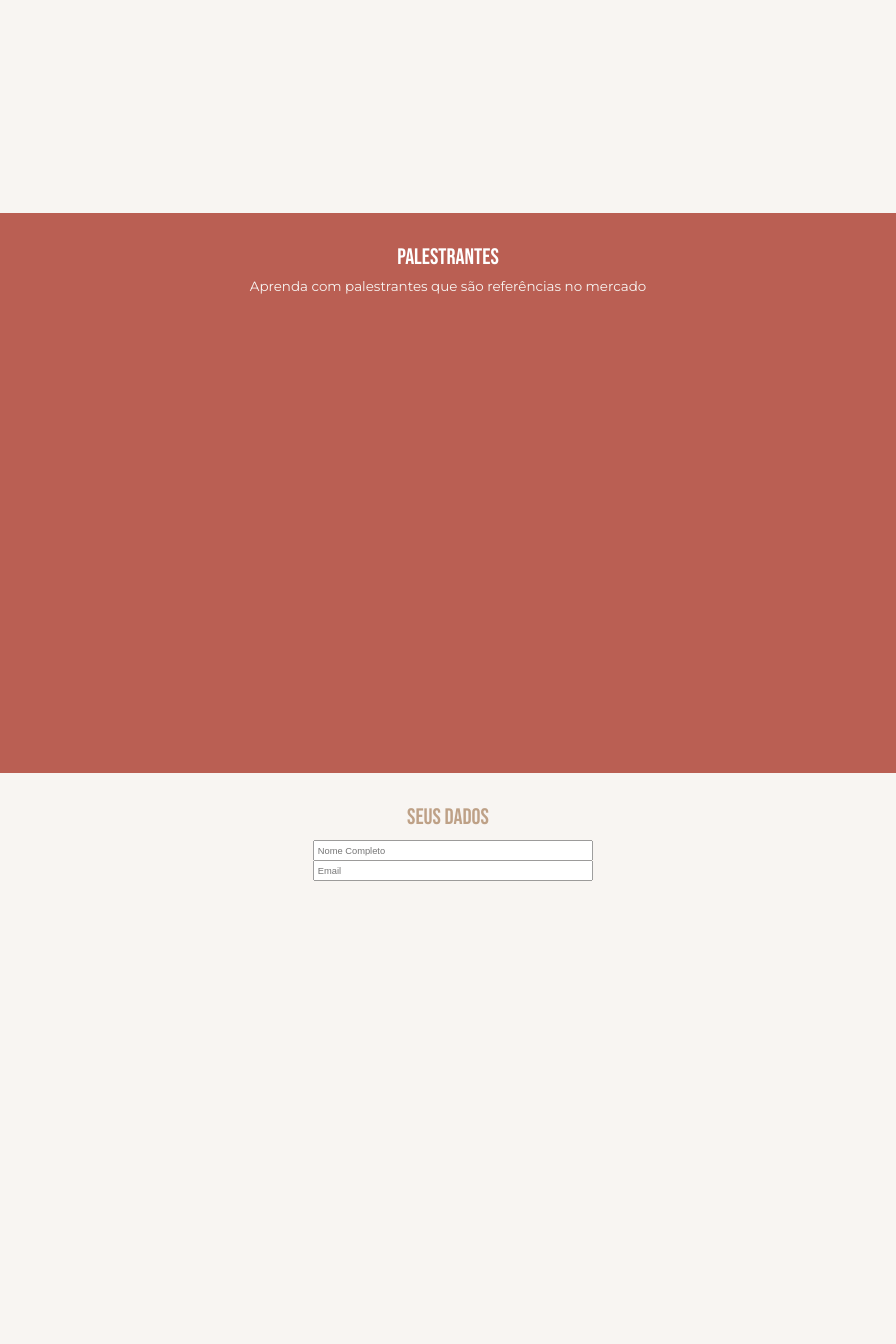
Repository: tomoliveira1/aluraconf
Page: index.html
These files come from the project's save history. The page is drawn as it stood at one moment and after the next save; the edit follows.
The browser window is 1280 px wide. The pictures show the part of the page from y = 1216 to 3136 px (the page is 3136 px tall before and 3072 px after), at 70% of full size.

Above is the page before, as saved 2021-10-12 18:56:44.

After the next save:
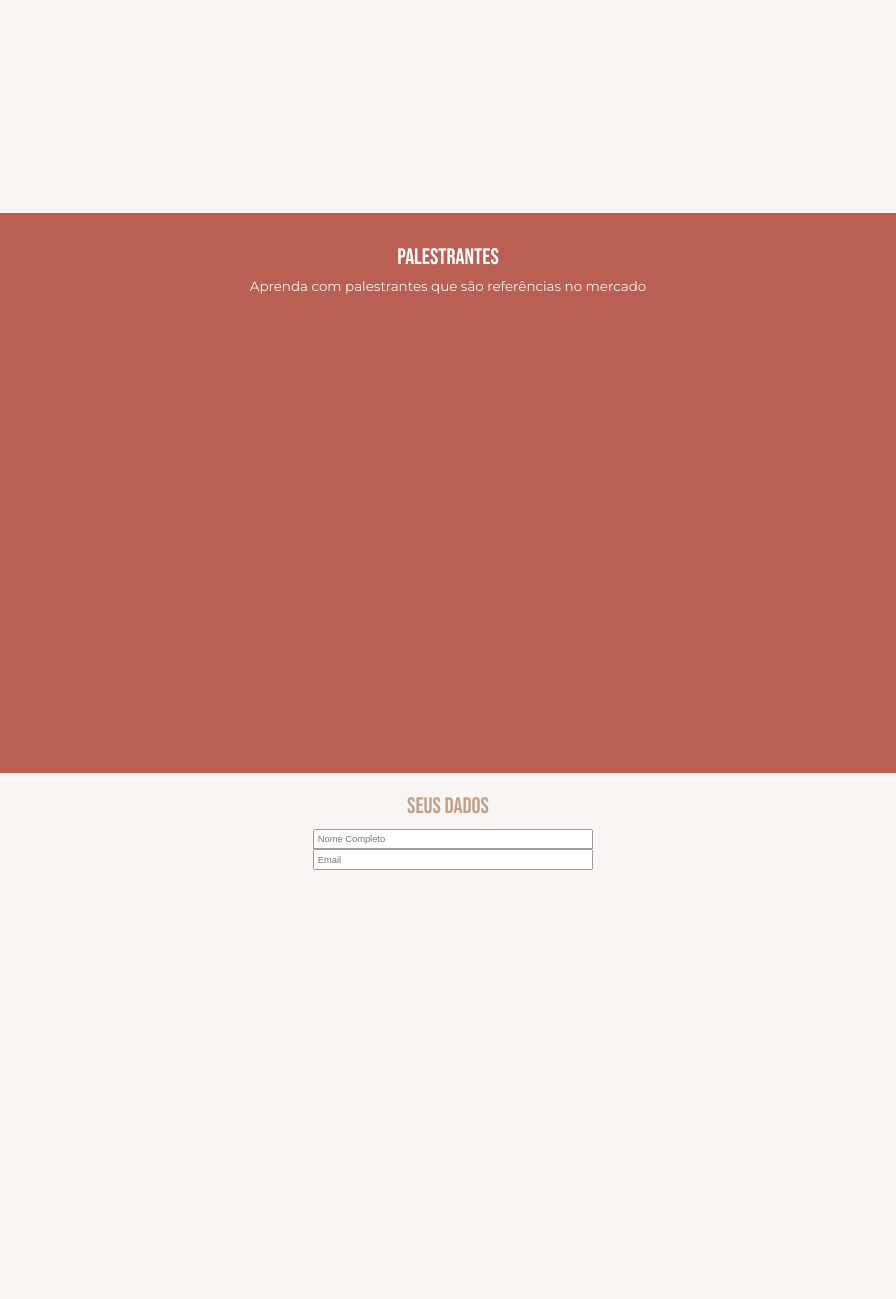
Saved 14 s later.
--- a/aluraconf/css/form.css
+++ b/aluraconf/css/form.css
@@ -3,7 +3,7 @@
     flex-direction: column;
     background-color: var(--light-beige);
     min-height: 100vh;
-    padding: 3rem 2rem;
+    padding-top: 2rem;
     align-items: center;
 }
 
